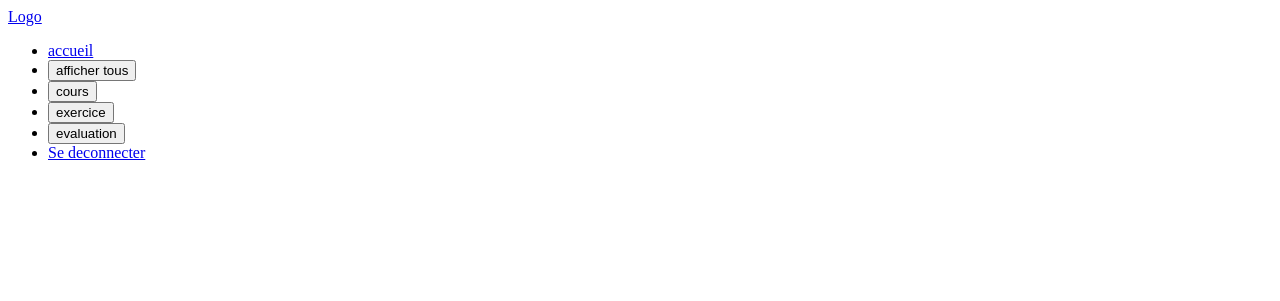
Repository: mitantsoa1/site_test
Page: http://localhost/Views/template-parts/nav.php
An editor plug-in stored every save of this project. The page is shown before and after the next save, followed by the edit.
The browser window is 1280 px wide. The pictures show the whole page.
The page is run by PHP 8.4 with error messages shown; the project is at /var/www/html/.

Above is the page before, as saved 2021-02-09 18:00:24.

After the next save:
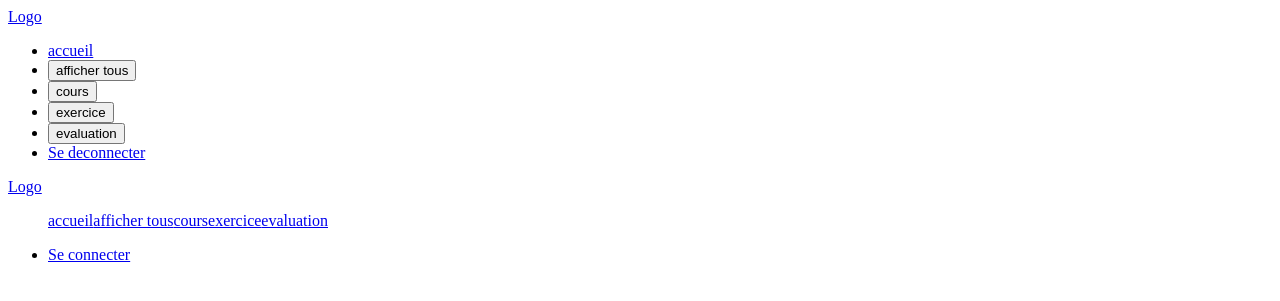
Saved 5 min 18 s later.
--- a/Views/template-parts/nav.php
+++ b/Views/template-parts/nav.php
@@ -13,3 +13,22 @@
         </ul>
     </div>
 </div>
+<header class="header">
+            <div class="container">
+                    <!-- pour humbourger -->
+                    <a href="#" class="header__iconA"><span class="header__icon"></span></a>
+                <a href="#" class="header__logo">Logo</a>
+                <nav class="menu">
+                    <ul class="menu_l">
+                    <a href="accueil" class="navbar-brand"><i class="fa fa-undo"> </i> accueil</a><a href="#" class="afficher" onclick='showAll()'>afficher tous</a><a href="#" class="afficher" onclick='cours()'>cours</a><a href="#" class="afficher" onclick='exercice()'>exercice</a><a href="#" class="afficher" onclick='evaluation()'>evaluation</a>
+                    </ul>
+                    <ul class="menu_d">
+                        <li>
+                            <a href="connecter" id="btn_connecter_header" class="btn_connecter_header">Se connecter</a>
+                        </li>
+
+                    </ul>
+
+                </nav>
+            </div>
+        </header>
